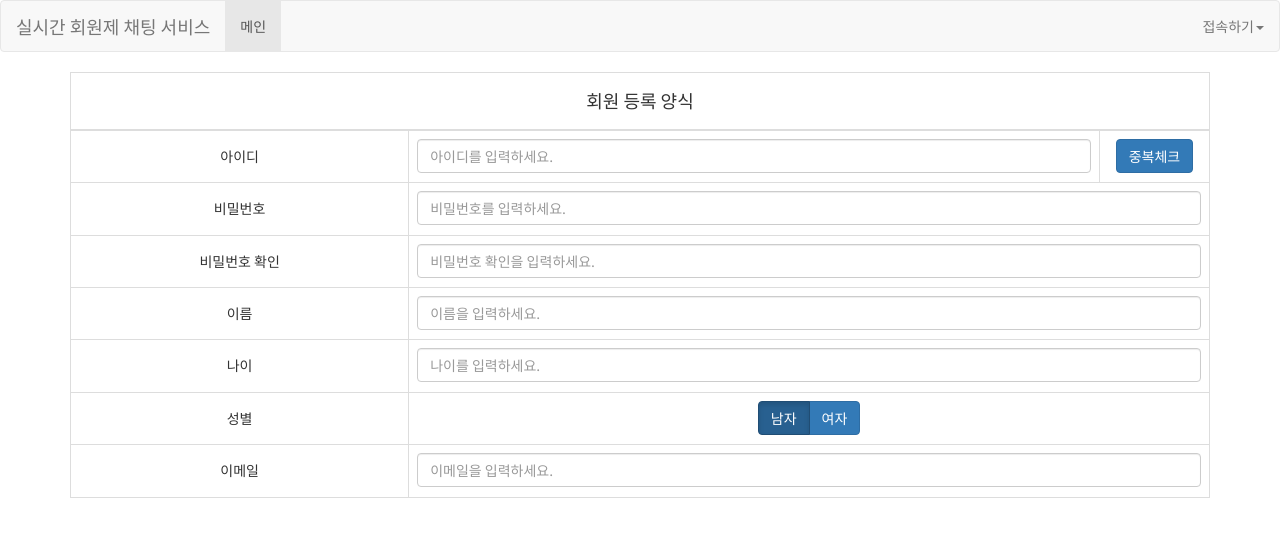
Repository: pojh5090/membership
Page: http://localhost/UserChat/join.jsp
These files come from the project's save history. The page is drawn as it stood at one moment and after the next save; the edit follows.
The browser window is 1280 px wide. The pictures show the whole page.
Some web fonts or font styles are not loaded; a fallback is used. Some web libraries are served in a nearby version. The page is served by Tomcat 9. Nobody is signed in. The application's start-up code is not run. Other server files are loaded and not shown.

Above is the page before, as saved 2020-03-25 06:11:13.

### UserChat/WebContent/join.jsp
<%@ page language="java" contentType="text/html; charset=UTF-8"
    pageEncoding="UTF-8"%>
<!DOCTYPE html>
<html>
<head>
	<meta http-equiv="Content-Type" content="text/html; charset=UTF-8">
	<meta name="viewport" content="width=device-width, initial-scale=1">
	<link rel="stylesheet" href="css/bootstrap.css">
	<link rel="stylesheet" href="css/custom.css">
	<title>JSP Ajax 실시간 회원제 채팅 서비스</title>
	<script src="http://code.jquery.com/jquery-3.1.1.min.js"></script>
	<script src="js/bootstrap.js"></script>
</head>
<body>
	<%
		String userID = null;
		if (session.getAttribute("userID") != null) {
			userID = (String) session.getAttribute("userID");
		}
	%>
	<nav class="navbar navbar-default">
		<div class="navbar-header">
			<button type="collapse" class="navbar-toggle collapsed"
				data-toggle="collapse" data-target="#bs-example-navbar-collapse-1"
				aria-expanded="false">
				<span class="icon-bar"></span>
				<span class="icon-bar"></span>
				<span class="icon-bar"></span>
			</button>
			<a class="navbar-brand" href="index.jsp">실시간 회원제 채팅 서비스</a>
		</div>
		<div class="collapse navbar-collapse" id="#bs-example-navbar-collapse-1">
			<ul class="nav navbar-nav">
				<li class="active"><a href="index.jsp">메인</a>
			</ul>
			<%
				if(userID == null) {
			%>
			<ul class="nav navbar-nav navbar-right">
				<li class="dropdown">
					<a href="#" class="dropdown-toggle"
						data-toggle="dropdown" role="button" aria-haspopup="true"
						aria-expanded="false">접속하기<span class="caret"></span>
					</a>
					<ul class="dropdown-menu">
						<li><a href="login.jsp">로그인</a></li>
						<li><a href="join.jsp">회원가입</a></li>
					</ul>
				</li>
			</ul>
			<%
				} else {
			%>
			<ul class="nav navbar-nav navbar-right">
				<li class="dropdown">
					<a href="#" class="dropdown-toggle"
						data-toggle="dropdown" role="button" aria-haspopup="true"
						aria-expanded="false">회원관리<span class="caret"></span>
					</a>
				</li>
			</ul>
			<%
				}
			%>
			</div>
		</nav>
		<div class="container">
			<form method="post" action="./userRegister"></form>
				<table class="table table-bordered table-hover" style="text-align: center; border: 1px solid #dddddd">
					<thead>
						<tr>
							<td colspan="3"><h4>회원 등록 양식</h4></td>
						</tr>
					</thead>
					<tbody>
						<tr>
							<td sytle="width: 110px;"><h5>아이디</h5>
							<td><input class="form-control" type="text" id="userID" name="userID" maxlength="20" placeholder="아이디를 입력하세요."></td>
							<td style="width: 110px;"><button class="btn btn-primary" onclick="registerCheckFunction();" type="button">중복체크</button>
						</tr>
						<tr>
							<td sytle="width: 110px;"><h5>비밀번호</h5>
							<td colspan="2"><input onkeyup="passwordCheckFunction();" class="form-control" id="userPassword1" type="password" name="userPassword1" maxlength="20" placeholder="비밀번호를 입력하세요."></td>
						</tr>
						<tr>
							<td sytle="width: 110px;"><h5>비밀번호 확인</h5>
							<td colspan="2"><input onkeyup="passwordCheckFunction();" class="form-control" id="userPassword2" type="password" name="userPassword2" maxlength="20" placeholder="비밀번호 확인을 입력하세요."></td>
						</tr>
						<tr>
							<td sytle="width: 110px;"><h5>이름</h5>
							<td colspan="2"><input class="form-control" id="userName" type="text" name="userName" maxlength="20" placeholder="이름을 입력하세요."></td>
						</tr>
						<tr>
							<td sytle="width: 110px;"><h5>나이</h5>
							<td colspan="2"><input class="form-control" id="userAge" type="number" name="userAge" maxlength="20" placeholder="나이를 입력하세요."></td>
						</tr>
						<tr>
							<td sytle="width: 110px;"><h5>성별</h5>
							<td colspan="2">
								<div class="form-group" style="text-align: center; margin: 0 auto;">
									<div class="btn-group" data-toggle="buttons">
										<label class="btn btn-primary active">
											<input type="radio" name="userGender" autocomplete="off" value="남자" checked>남자
										</label>
										<label class="btn btn-primary">
											<input type="radio" name="userGender" autocomplete="off" value="여자">여자
										</label>
									</div>
								</div>
							</td>
						</tr>
						<tr>
							<td sytle="width: 110px;"><h5>이메일</h5>
							<td colspan="2"><input class="form-control" id="userEmail" type="email" name="userEmail" maxlength="20" placeholder="이메일을 입력하세요."></td>
						</tr>
					</tbody>
				</table>
			</form>
		</div>
</body>
</html>

### UserChat/WebContent/css/custom.css
@import url('https://fonts.googleapis.com/css?family=Noto+Sans+KR:400,500,700,900&display=swap&subset=korean');
* {
	font-family: 'Noto Sans KR', sans-serif;
}
h5 {
	font-family: 'Noto Sans KR', sans-serif;
}
h4 {
	font-family: 'Noto Sans KR', sans-serif;
}
h3 {
	font-family: 'Noto Sans KR', sans-serif;
}
h2 {
	font-family: 'Noto Sans KR', sans-serif;
}
h1 {
	font-family: 'Noto Sans KR', sans-serif;
}
/*테이블 관련 디자인 처리 */
thead th {
	background-color: #006DCC;
	color: white;
	text-align: center;
}
tr td:first-child,
tr th:first-child {
	border-top-left-radius: 6px;
	border-bottom-left-radius: 6px;
}
tr td:last-child,
tr th:last-child {
	border-top-right-radius: 6px;
	border-bottom-right-radius: 6px;
}

Loaded but not shown: UserChat/WebContent/css/bootstrap.css (library); UserChat/WebContent/js/bootstrap.js (library)

After the next save:
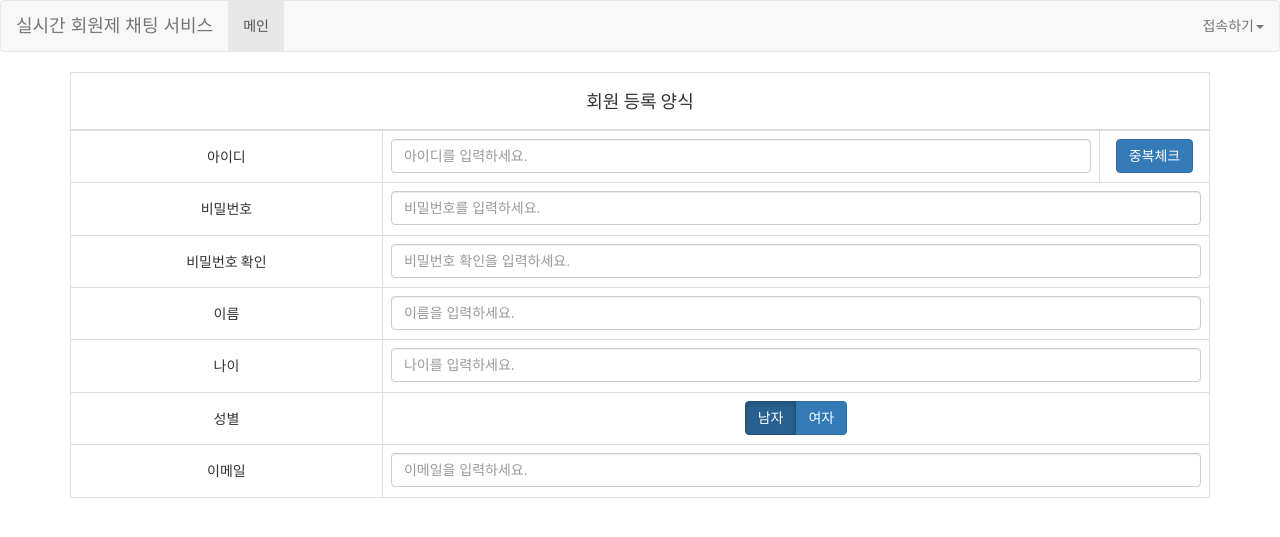
Saved 2 min 26 s later.
--- a/UserChat/WebContent/css/custom.css
+++ b/UserChat/WebContent/css/custom.css
@@ -1,21 +1,22 @@
-@import url('https://fonts.googleapis.com/css?family=Noto+Sans+KR:400,500,700,900&display=swap&subset=korean');
+@import url('https://fonts.googleapis.com/css?family=Nanum+Gothic:400,700,800|Noto+Sans+KR:400,500,700,900&display=swap&subset=korean');
 * {
-	font-family: 'Noto Sans KR', sans-serif;
+	font-family: 'Nanum Gothic', sans-serif;
 }
 h5 {
 	font-family: 'Noto Sans KR', sans-serif;
+	fint-size: 15px;
 }
 h4 {
 	font-family: 'Noto Sans KR', sans-serif;
 }
 h3 {
-	font-family: 'Noto Sans KR', sans-serif;
+	font-family: 'Nanum Gothic', sans-serif;
 }
 h2 {
-	font-family: 'Noto Sans KR', sans-serif;
+	font-family: 'Nanum Gothic', sans-serif;
 }
 h1 {
-	font-family: 'Noto Sans KR', sans-serif;
+	font-family: 'Nanum Gothic', sans-serif;
 }
 /*테이블 관련 디자인 처리 */
 thead th {
